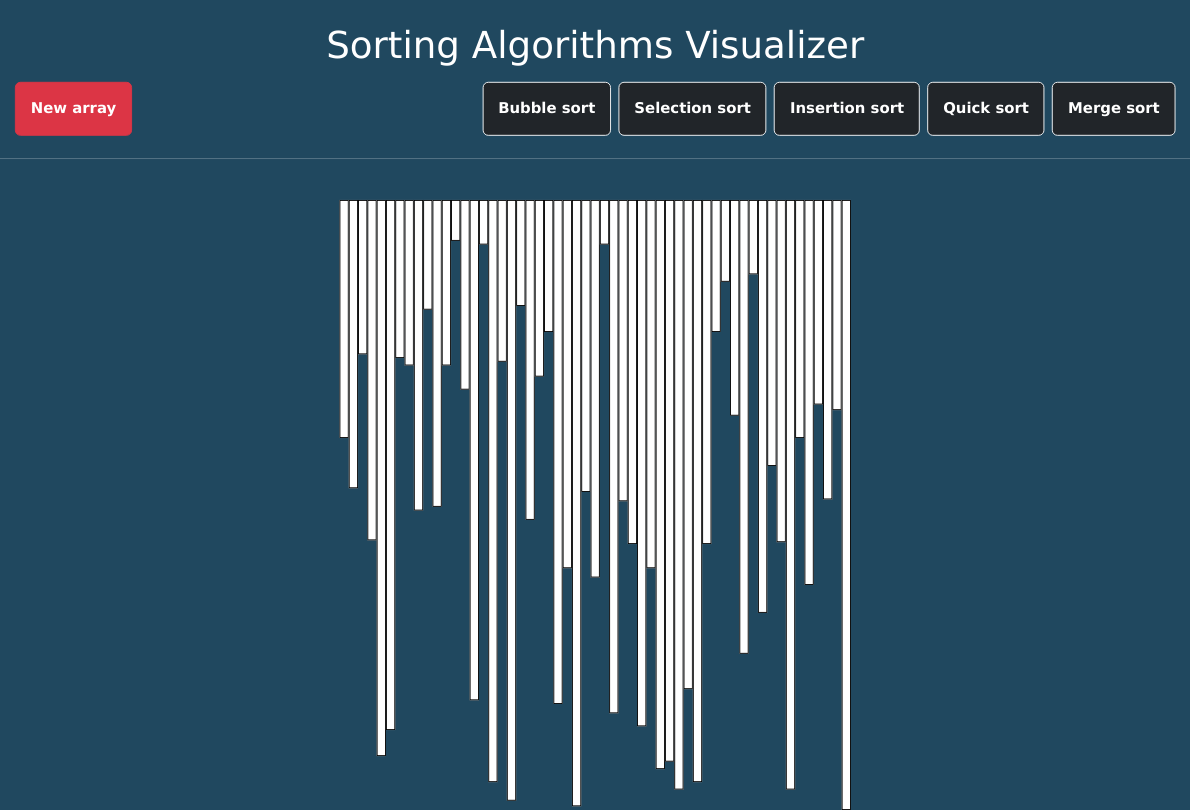
Repository: Vasil1001/Sorting-Algorithms-Visualizer-js
Page: views/index.html
These files come from the project's save history. The page is drawn as it stood at one moment and after the next save; the edit follows.
The browser window is 1280 px wide. The pictures show the whole page, at 93% of full size.

Above is the page before, as saved 2022-11-03 18:14:29.

After the next save:
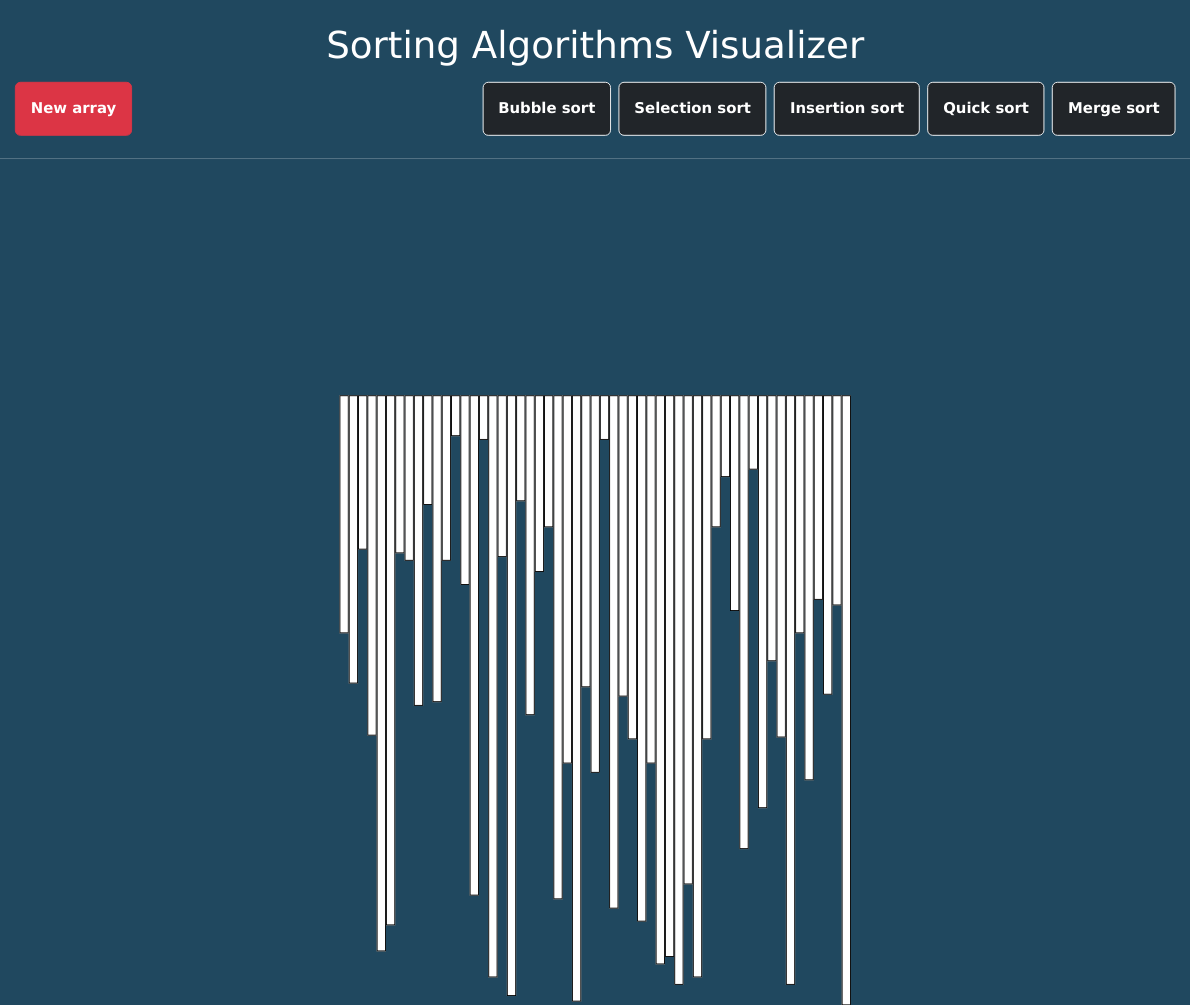
Saved 5 s later.
--- a/css/base.css
+++ b/css/base.css
@@ -5,7 +5,7 @@ body {
     font-family: 'Lucida Sans', 'Lucida Sans Regular', 'Lucida Grande', 'Lucida Sans Unicode', Geneva, Verdana, sans-serif;
 }
 .flex-container{
-    margin-top: 20px;
+    margin-top: 230px;
     display: flex;
     flex-wrap: nowrap;
     width: 100%;
